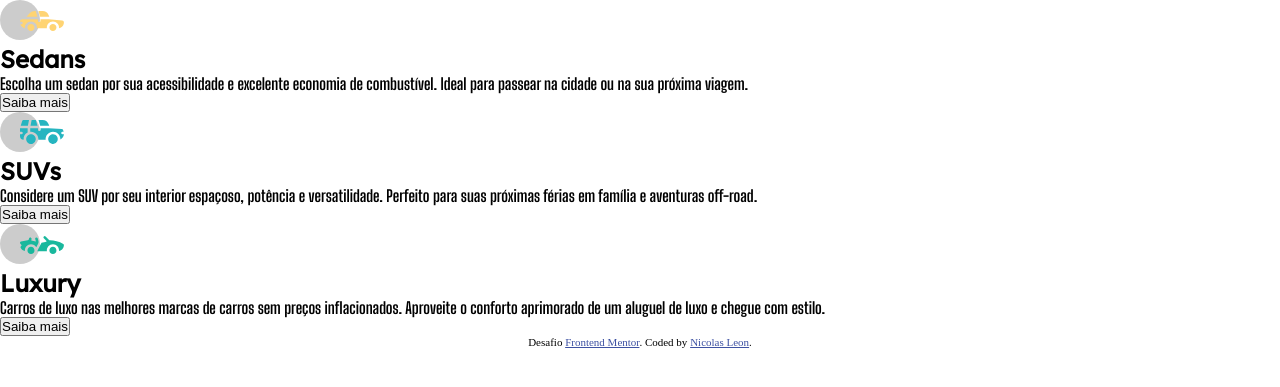
Repository: Leonngc/Car-cards
Page: index.html
The author's editor kept a copy of each file at every save. The page is drawn from the files as they stood at one save, then again after the next save.
The browser window is 1280 px wide. The pictures show the whole page.

Above is the page before, as saved 2023-01-17 12:11:15.

### index.html
<!DOCTYPE html>
<html lang="pt-br">
  <head>
    <meta charset="UTF-8" />
    <meta name="viewport" content="width=device-width, initial-scale=1.0" />
    <!-- displays site properly based on user's device -->

    <link
      rel="icon"
      type="image/png"
      sizes="32x32"
      href="./images/favicon-32x32.png"
    />

    <link rel="stylesheet" href="styles/style.css" />

    <title>Frontend Mentor | 3-column preview card component</title>

    <!-- Feel free to remove these styles or customise in your own stylesheet 👍 -->
    <style>
      .attribution {
        font-size: 11px;
        text-align: center;
      }
      .attribution a {
        color: hsl(228, 45%, 44%);
      }
    </style>
  </head>
  <body>
    <main>
      <div class="card">
        <div class="image"><img src="images/icon-sedans.svg" alt="" /></div>
        <h2>Sedans</h2>
        <p>
          Escolha um sedan por sua acessibilidade e excelente economia de
          combustível. Ideal para passear na cidade ou na sua próxima viagem.
        </p>
        <button>Saiba mais</button>
      </div>
      <div class="car">
        <div class="image"><img src="images/icon-suvs.svg" alt="" /></div>

        <h2>SUVs</h2>
        <p>
          Considere um SUV por seu interior espaçoso, potência e versatilidade.
          Perfeito para suas próximas férias em família e aventuras off-road.
        </p>
        <button>Saiba mais</button>
      </div>
      <div class="card">
        <div class="image"><img src="images/icon-luxury.svg" alt="" /></div>
        <h2>Luxury</h2>
        <p>
          Carros de luxo nas melhores marcas de carros sem preços inflacionados.
          Aproveite o conforto aprimorado de um aluguel de luxo e chegue com
          estilo.
        </p>
        <button>Saiba mais</button>
      </div>
    </main>

    <footer class="attribution">
      Desafio
      <a href="https://www.frontendmentor.io?ref=challenge" target="_blank"
        >Frontend Mentor</a
      >. Coded by <a href="#">Nicolas Leon</a>.
    </footer>
  </body>
</html>

### styles/style.css
@import url('https://fonts.googleapis.com/css2?family=Lexend+Deca&display=swap');

@import url('https://fonts.googleapis.com/css2?family=Big+Shoulders+Display:wght@700&display=swap');

*{
    margin: 0 auto;
    padding: 0;
}

:root{
    --font-title: 'Lexend Deca', sans-serif;

    --font-body: 'Big Shoulders Display', cursive;
}

h2{
    font-family: var(--font-title);
}

p{
    font-family: var(--font-body);
}

After the next save:
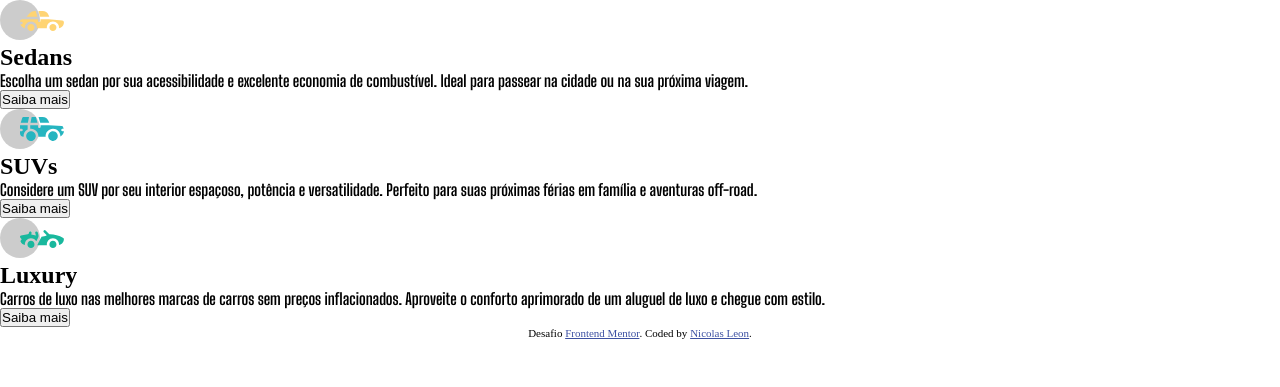
Saved 54 s later.
--- a/styles/style.css
+++ b/styles/style.css
@@ -8,7 +8,7 @@
 }
 
 :root{
-    --font-title: 'Lexend Deca', sans-serif;
+    --font-body: 'Lexend Deca', sans-serif;
 
     --font-body: 'Big Shoulders Display', cursive;
 }
